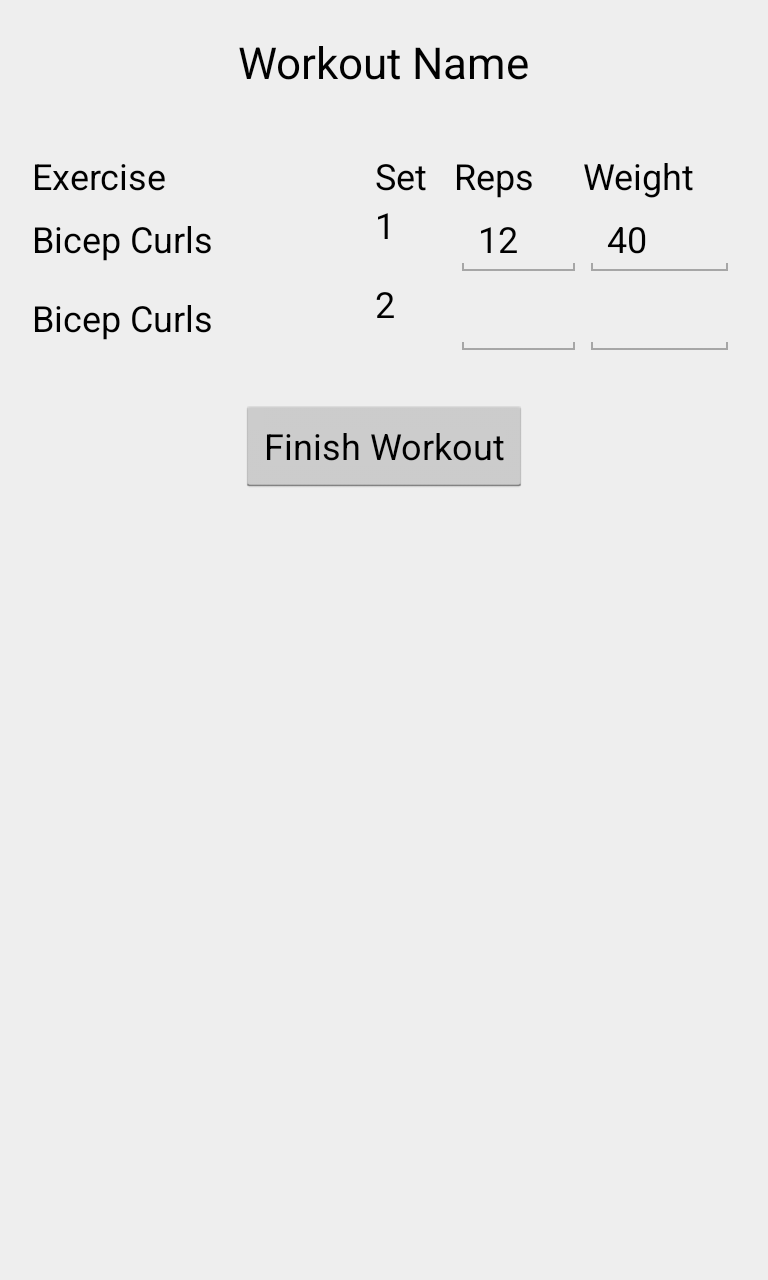
Repository: jmcdon09/EZWorkout
Layout: EzTrain/EzTrain/res/layout/activity_active_workout.xml
These files come from the project's save history. The layout is drawn as it stood at one moment and after the next save; the edit follows.
It is drawn on a 768 x 1280 px phone screen (xhdpi) without system bars, with theme AppTheme; the app's code is not run.

Above is the layout before, as saved 2014-03-30 14:26:41.

After the next save:
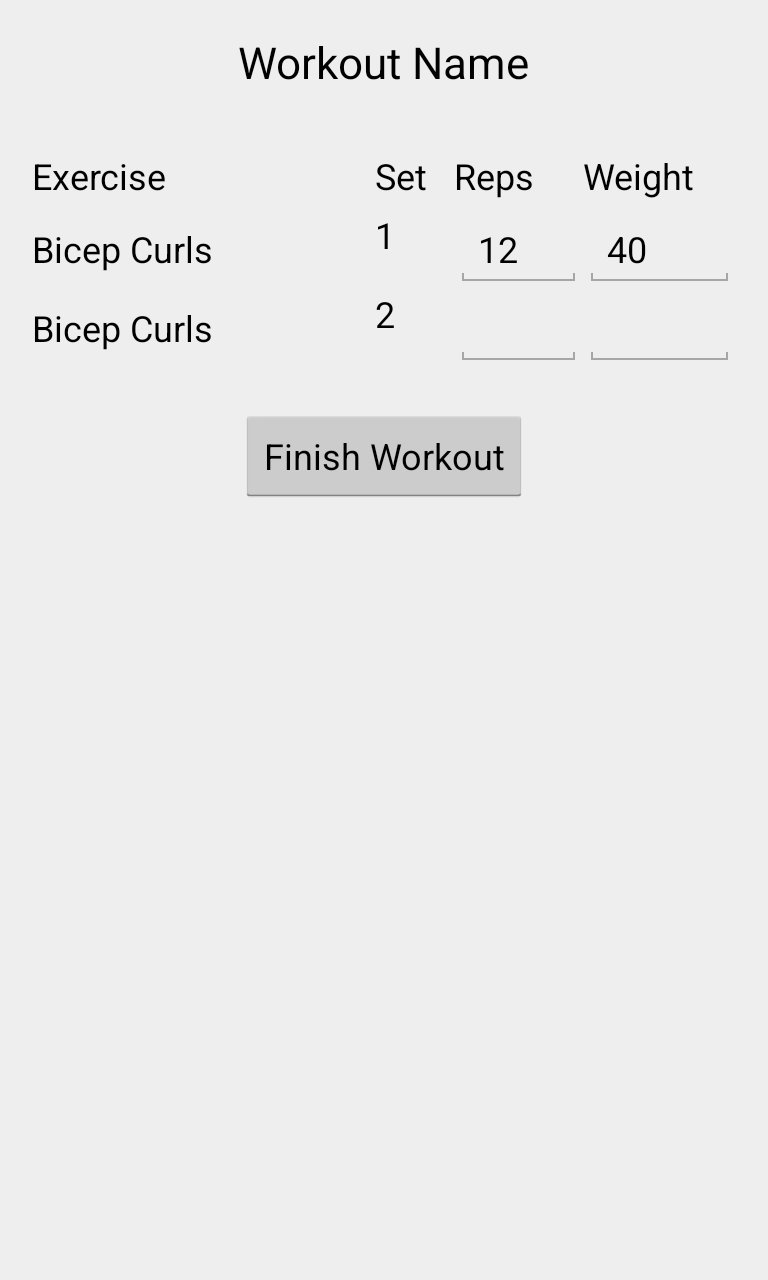
Saved 21 s later.
--- a/EzTrain/EzTrain/res/layout/activity_active_workout.xml
+++ b/EzTrain/EzTrain/res/layout/activity_active_workout.xml
@@ -28,7 +28,8 @@
                 android:id="@+id/tableRow1"
                 android:layout_width="wrap_content"
                 android:layout_height="wrap_content"
-                android:weightSum="100" >
+                android:weightSum="100"
+                android:layout_marginBottom="5dp" >
 
                 <TextView android:id="@+id/exercise"
                     android:layout_width="fill_parent"
